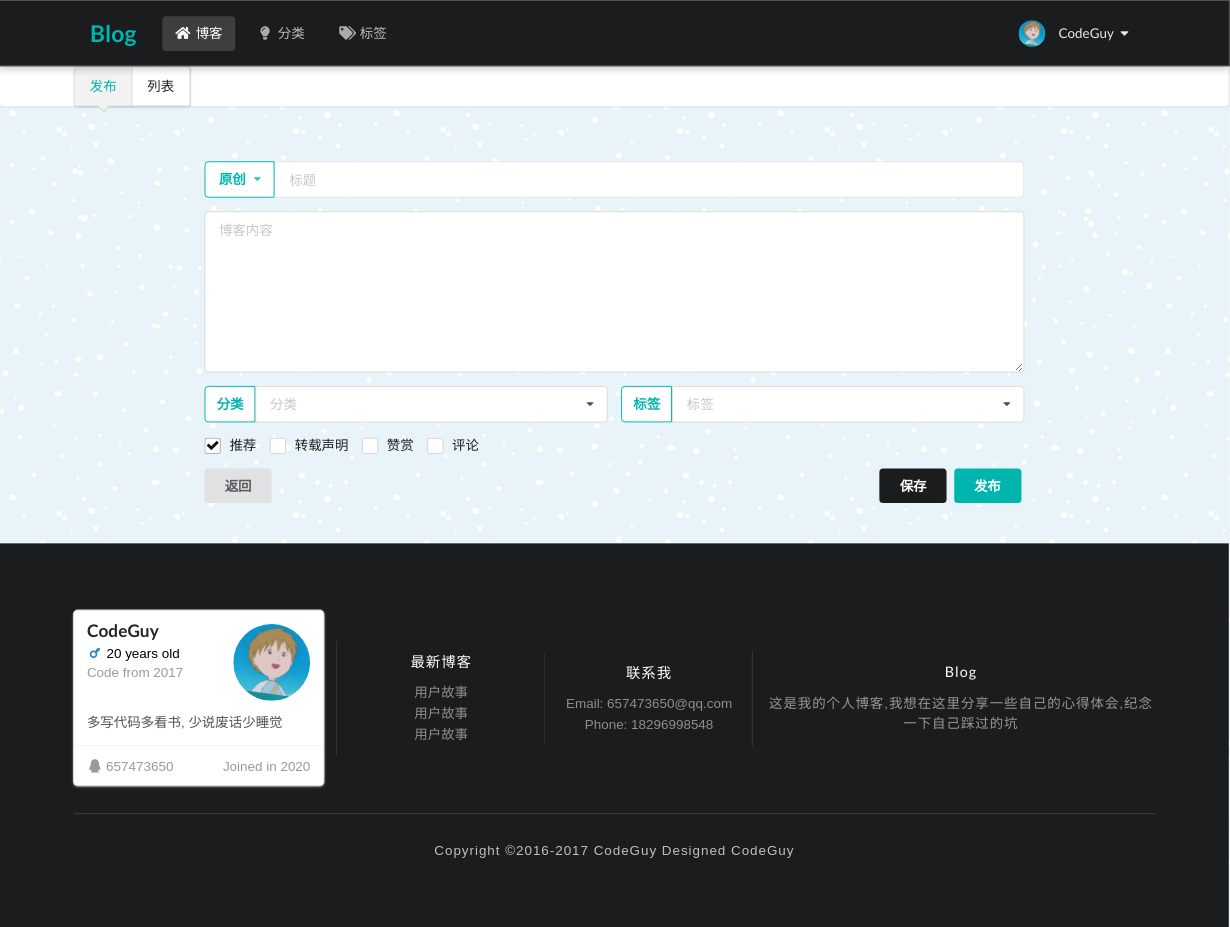
Repository: GOGOHQ/myblog
Page: admin/blog_input.html
These files come from the project's save history. The page is drawn as it stood at one moment and after the next save; the edit follows.
The browser window is 1280 px wide. The page is 1281 px wide, so the pictures cover 1281 px, including what lies to the right of the window. The pictures show the whole page, at 96% of full size.
Some web libraries are served in a nearby version.

Above is the page before, as saved 2020-01-19 09:32:23.

After the next save:
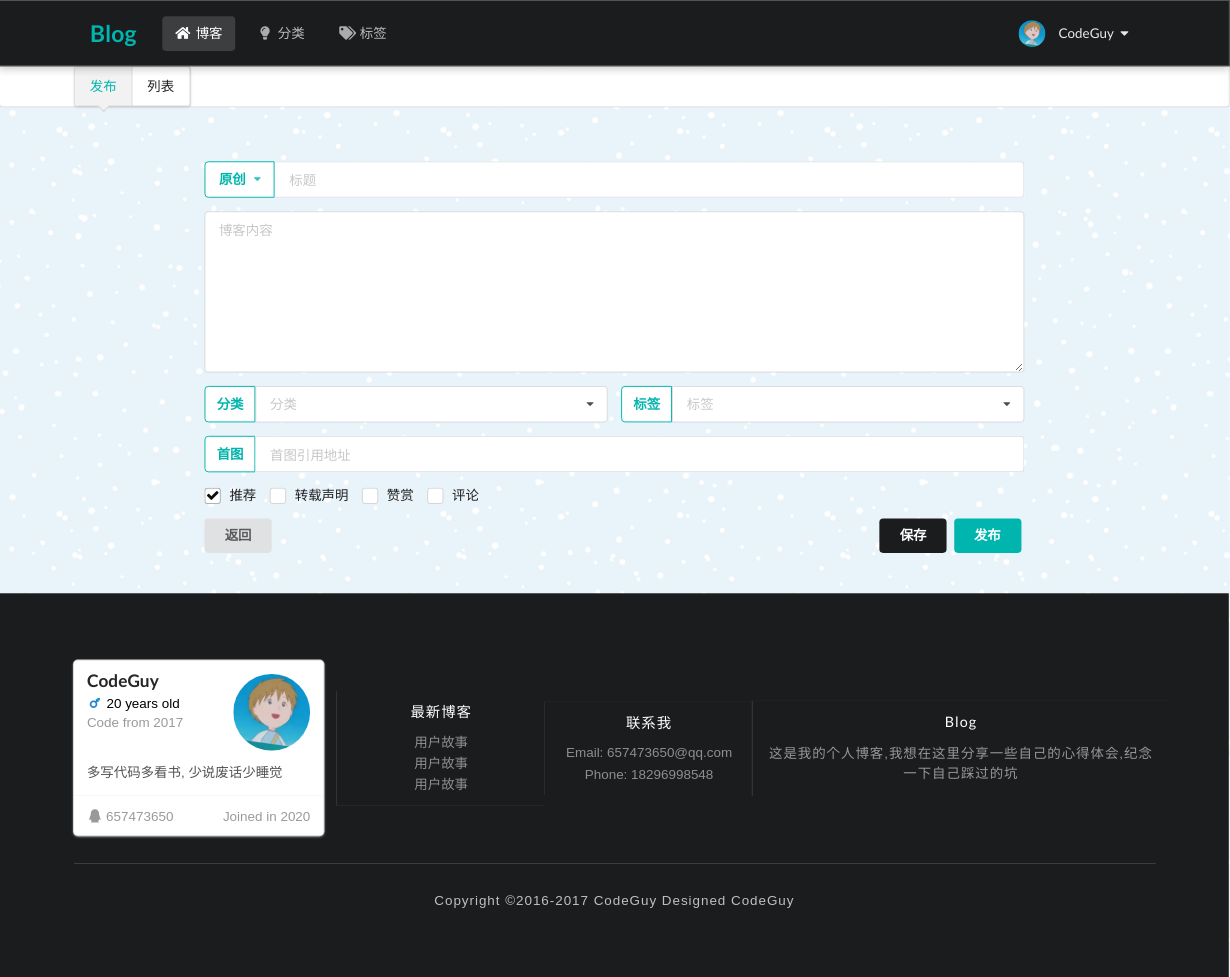
Saved 3 min 0 s later.
--- a/admin/blog_input.html
+++ b/admin/blog_input.html
@@ -98,6 +98,12 @@
                     </div>
                 </div>
             </div>
+            <div class="field">
+                <div class="ui left labeled input">
+                    <label class="ui teal basic label">首图</label>
+                    <input type="text" name="indexPicture" placeholder="首图引用地址">
+                </div>
+            </div>
             <div class="inline fields">
                 <div class="field">
                     <div class="ui checkbox">
